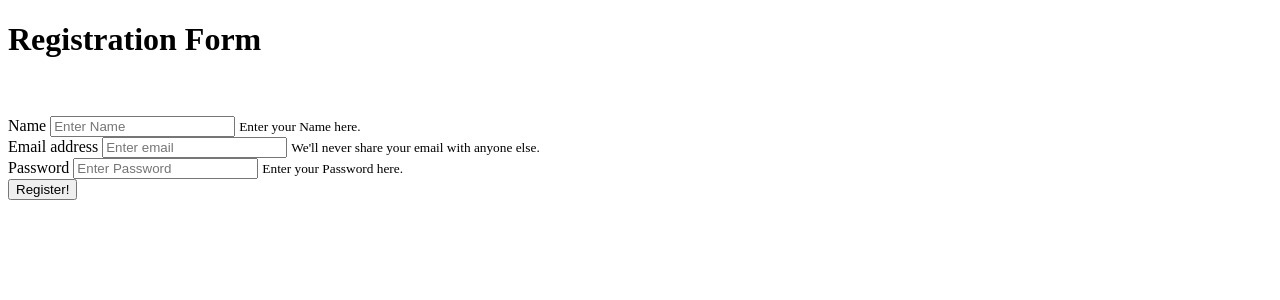
Repository: high-in-entropy/SpringFramework
Page: http://localhost/springmvc/WEB-INF/views/login.jsp
The author's editor kept a copy of each file at every save. The page is drawn from the files as they stood at one save, then again after the next save.
The browser window is 1280 px wide. The pictures show the whole page.
The page is served by Tomcat 9. Nobody is signed in. Other server files are loaded and not shown. The template is opened directly, without the code that normally fills it, so the values that code supplies are empty.

Above is the page before, as saved 2021-08-24 11:09:33.

### springmvc/src/main/webapp/WEB-INF/views/login.jsp
<%@ page language="java" contentType="text/html; charset=ISO-8859-1"
    pageEncoding="ISO-8859-1"%>
<!DOCTYPE html>
<html>
<head>
<meta charset="ISO-8859-1">
<title>Login</title>
</head>
<body>

<div class="container mt-5">
   <h1 class="text-center">Registration Form</h1><br><br>
  <%--  <% if(null!=success){%>
	  <h3 class="text-center"><%=success%> </h3>
  <% } %>
  <%=request.getAttribute("Success") %> --%>
   <form action="processForm" method="post">
   		<div class="form-group">
   			<label for="userName">Name</label>
   			<input type="text" class="form-control" id="userName" aria-describedby="userNameHelp" placeholder="Enter Name" name="userName" required>
   			<small id="emailHelp" class="form-text text-muted">Enter your Name here.</small>
 		</div>

 		<div class="form-group">
   			<label for="exampleInputEmail1">Email address</label>
   			<input type="email" class="form-control" id="exampleInputEmail1" aria-describedby="emailHelp" placeholder="Enter email" name="userEmail" required>
   			<small id="emailHelp" class="form-text text-muted">We'll never share your email with anyone else.</small>
 		</div>

 		<div class="form-group">
   			<label for="userPassword">Password</label>
   			<input type="password" class="form-control" id="userPassword" aria-describedby="emailHelp" placeholder="Enter Password" name="userPassword" required>
   			<small id="emailHelp" class="form-text text-muted">Enter your Password here.</small>
 		</div>
 		<div class="container text-center">
 		<button type="submit" class="btn btn-success">Register!</button>
 		</div>
 	</form>
 	</div>

</body>
</html>

After the next save:
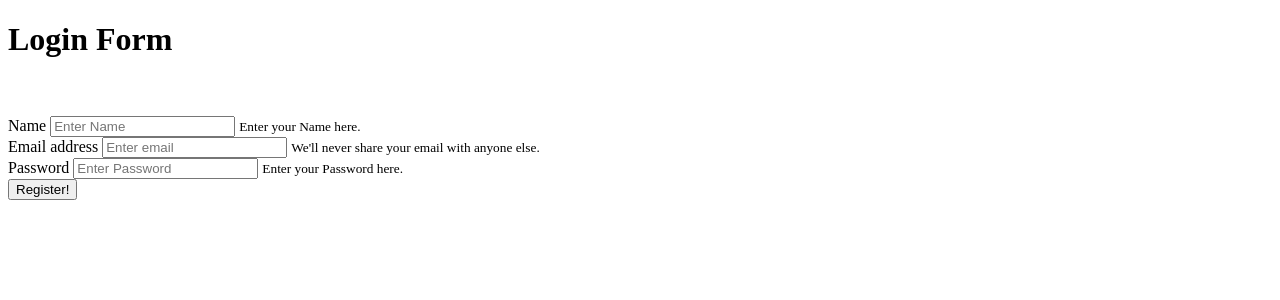
Saved 9 s later.
--- a/springmvc/src/main/webapp/WEB-INF/views/login.jsp
+++ b/springmvc/src/main/webapp/WEB-INF/views/login.jsp
@@ -9,7 +9,7 @@
 <body>
 
 <div class="container mt-5">
-   <h1 class="text-center">Registration Form</h1><br><br>
+   <h1 class="text-center">Login Form</h1><br><br>
   <%--  <% if(null!=success){%>
 	  <h3 class="text-center"><%=success%> </h3>
   <% } %>
